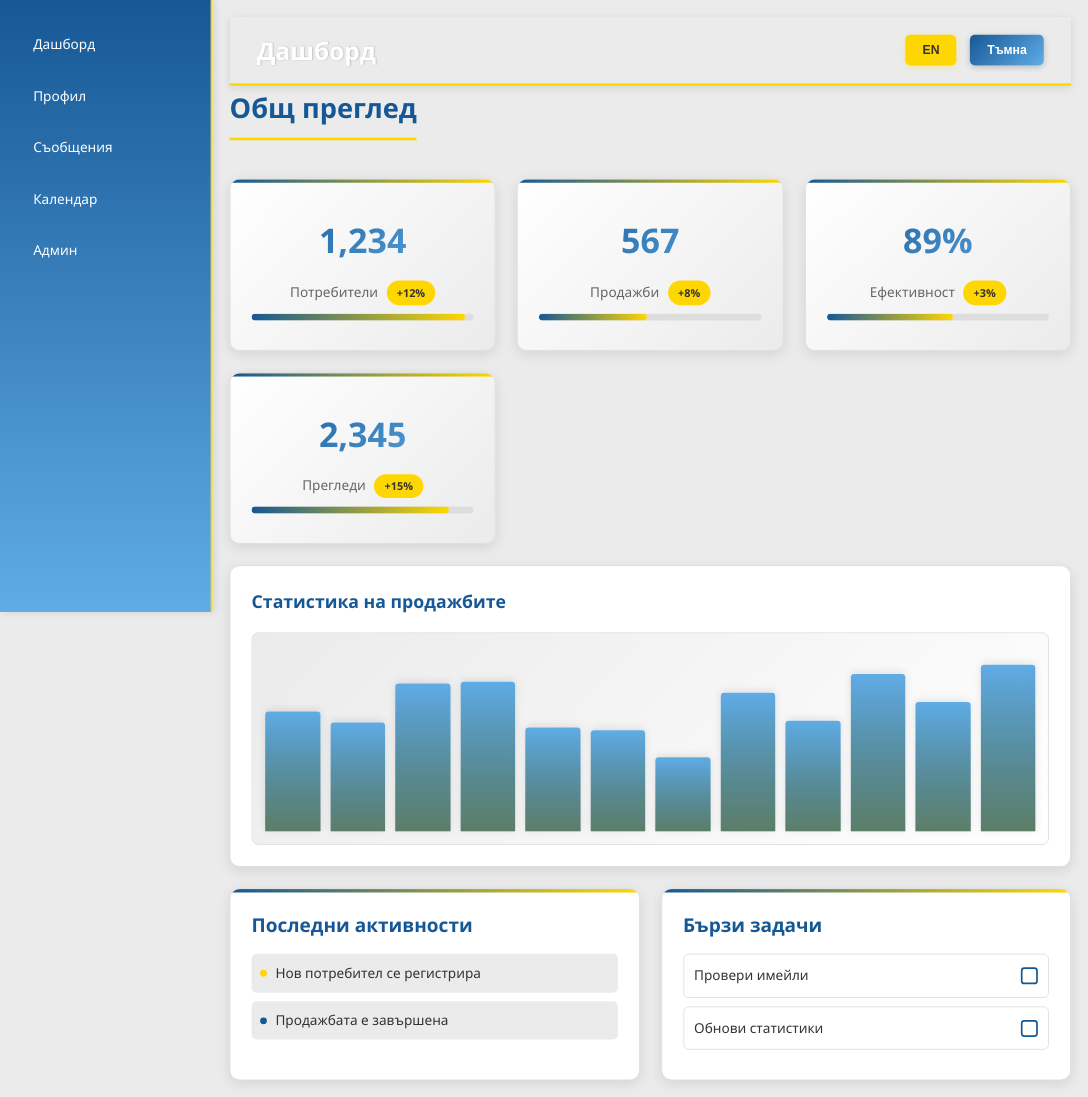
Repository: BorisSavianov/doxa-frontend
Page: /
The author's editor kept a copy of each file at every save. The page is drawn from the files as they stood at one save, then again after the next save.
The browser window is 1280 px wide. The pictures show the whole page, at 85% of full size.
The project was rebuilt for these pictures with package versions that can differ from the ones it lists, and the page was loaded fresh each time. Also part of the build but not shown: vite.config.js, src/pages/Profile.jsx, src/pages/Inbox.jsx, src/pages/Calendar.jsx, src/pages/Admin.jsx.

Above is the page before, as saved 2025-10-24 11:56:14.

After the next save:
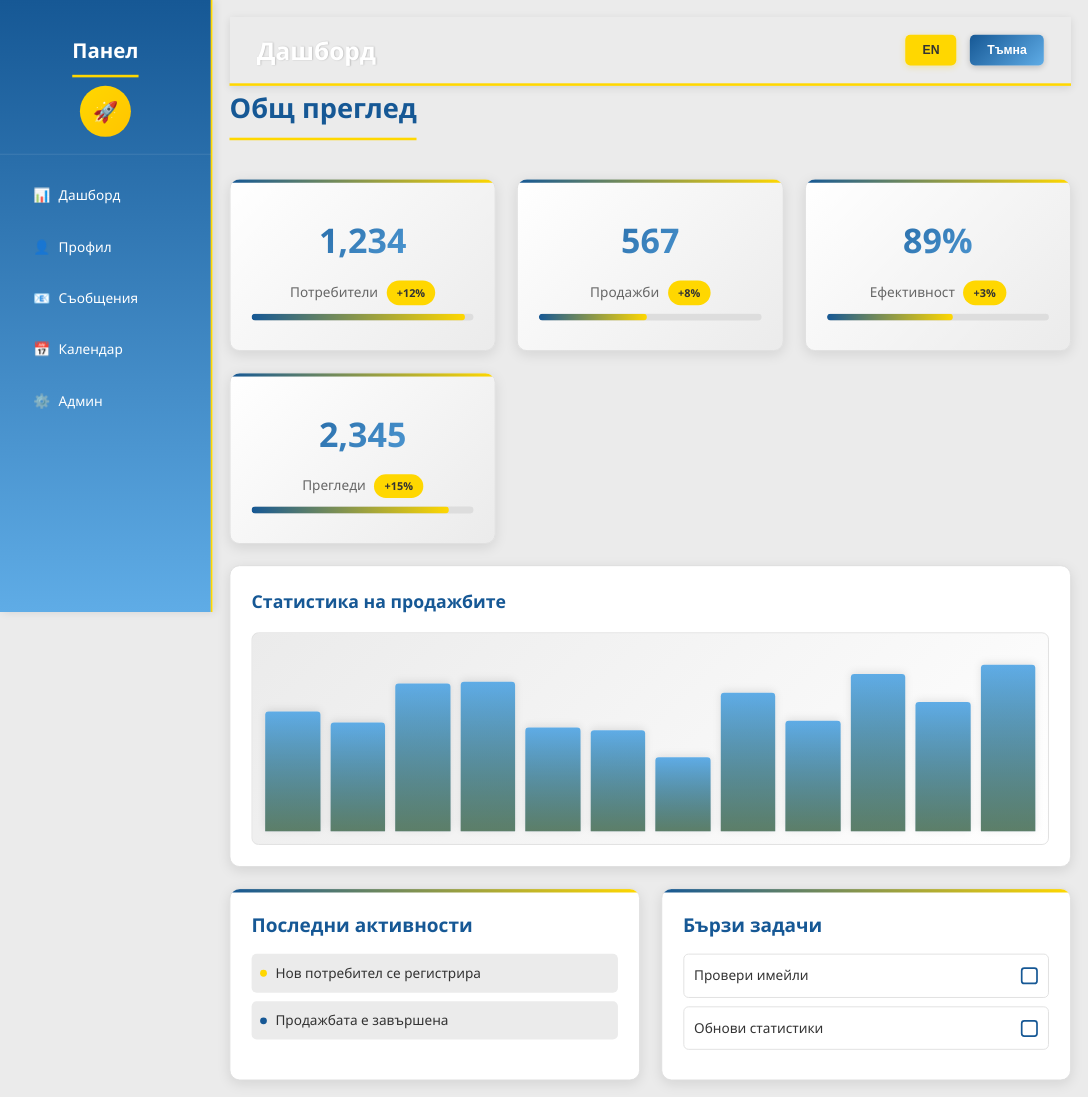
Saved 13 s later.
--- a/src/components/Layout/Sidebar.jsx
+++ b/src/components/Layout/Sidebar.jsx
@@ -6,16 +6,35 @@ const Sidebar = () => {
   const { t } = useLanguage()
 
   const menuItems = [
-    { path: '/dashboard', label: t('Дашборд', 'Dashboard') },
-    { path: '/profile', label: t('Профил', 'Profile') },
-    { path: '/inbox', label: t('Съобщения', 'Inbox') },
-    { path: '/calendar', label: t('Календар', 'Calendar') },
-    { path: '/admin', label: t('Админ', 'Admin') }
+    { path: '/dashboard', label: t('Дашборд', 'Dashboard'), icon: '📊' },
+    { path: '/profile', label: t('Профил', 'Profile'), icon: '👤' },
+    { path: '/inbox', label: t('Съобщения', 'Inbox'), icon: '📧' },
+    { path: '/calendar', label: t('Календар', 'Calendar'), icon: '📅' },
+    { path: '/admin', label: t('Админ', 'Admin'), icon: '⚙️' }
   ]
 
   return (
     <aside className="sidebar">
-      <nav>
+      <div style={{ padding: '20px', textAlign: 'center', borderBottom: '1px solid rgba(255,255,255,0.1)' }}>
+        <h2 style={{ color: 'white', fontSize: '1.5rem', marginBottom: '10px' }}>
+          {t('Панел', 'Panel')}
+        </h2>
+        <div style={{
+          width: '60px',
+          height: '60px',
+          background: 'linear-gradient(135deg, var(--accent), #FFC400)',
+          borderRadius: '50%',
+          margin: '0 auto',
+          display: 'flex',
+          alignItems: 'center',
+          justifyContent: 'center',
+          fontSize: '1.5rem'
+        }}>
+          🚀
+        </div>
+      </div>
+
+      <nav style={{ marginTop: '20px' }}>
         <ul>
           {menuItems.map((item) => (
             <li key={item.path}>
@@ -23,6 +42,7 @@ const Sidebar = () => {
                 to={item.path}
                 className={({ isActive }) => isActive ? 'active' : ''}
               >
+                <span style={{ marginRight: '10px' }}>{item.icon}</span>
                 {item.label}
               </NavLink>
             </li>
